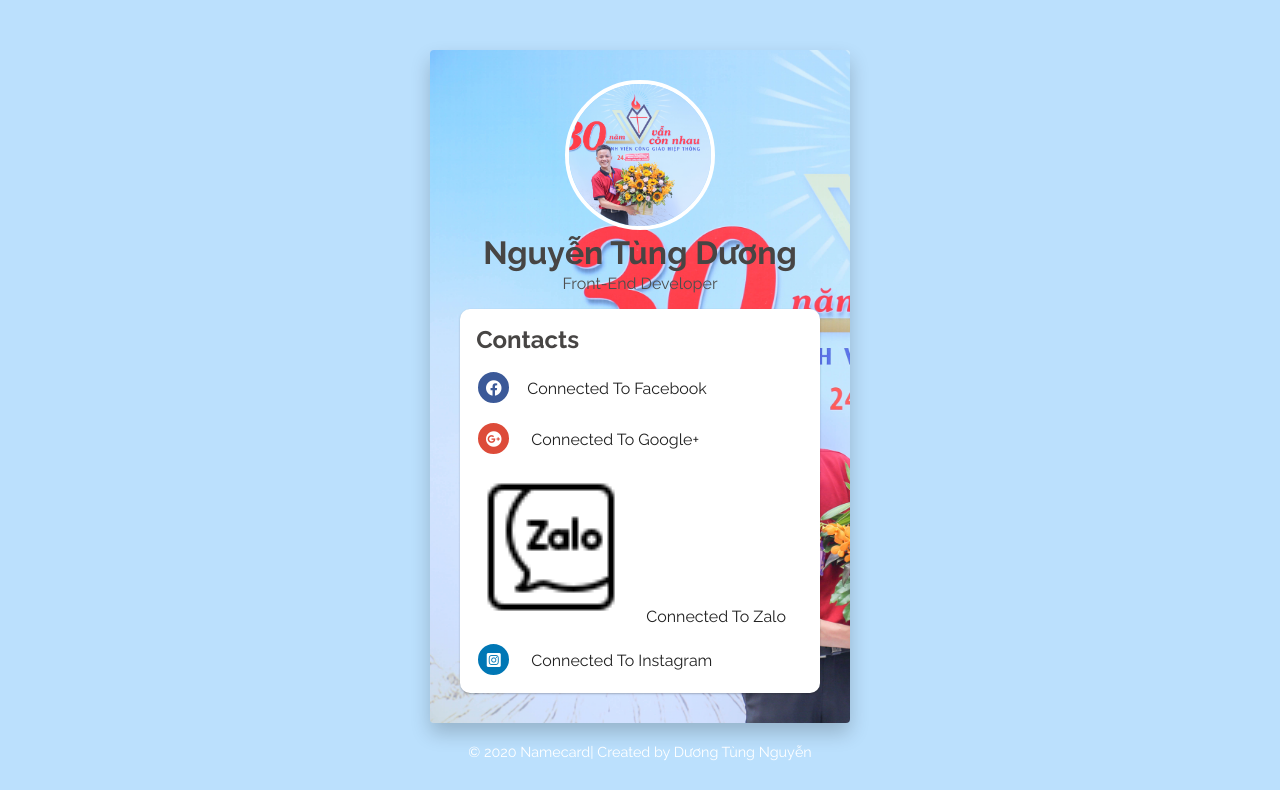
Repository: DuongTungNguyen0899/Card_Duong.github.io
Page: index.html
An editor plug-in stored every save of this project. The page is shown before and after the next save, followed by the edit.
The browser window is 1280 px wide. The pictures show the whole page.

Above is the page before, as saved 2021-06-27 17:38:30.

After the next save:
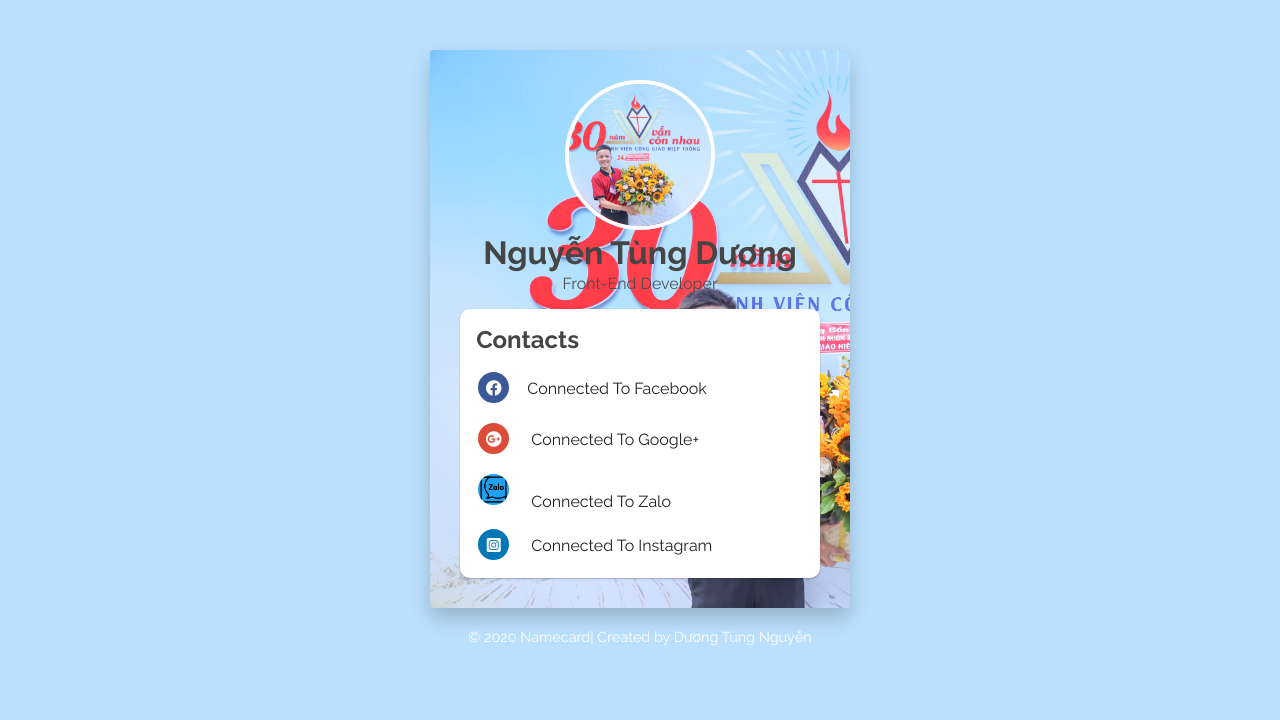
Saved 59 s later.
--- a/css/style.css
+++ b/css/style.css
@@ -131,7 +131,7 @@ h1 {
 	color: #333;
     text-align: center;
 }
-.social ul li a i.fab.fa-facebook,.social ul li a i.fab.fa-zalo,.social ul li a i.fab.fa-instagram-square,.social ul li a i.fab.fa-google-plus{
+.social ul li a i.fab.fa-facebook,.social ul li a img.fab.fa-zalo,.social ul li a i.fab.fa-instagram-square,.social ul li a i.fab.fa-google-plus{
     height: 35px;
     width: 35px;
     background: none;
@@ -152,7 +152,7 @@ h1 {
 .social ul li a i.fab.fa-facebook {
 	background: #3b5998;
 }
-.social ul li a i.fab.fa-zalo{
+.social ul li a img.fab.fa-zalo{
 	background: #1da1f2;
 }
 .social ul li a i.fab.fa-instagram-square{
@@ -166,7 +166,7 @@ h1 {
     color: #3b5998;
 	background:none;
 }
-.social ul li a i.fab.fa-zalo:hover{
+.social ul li a img.fab.fa-zalo:hover{
 	border: solid 2px #1da1f2;
     color: #1da1f2;
 	background:none;
